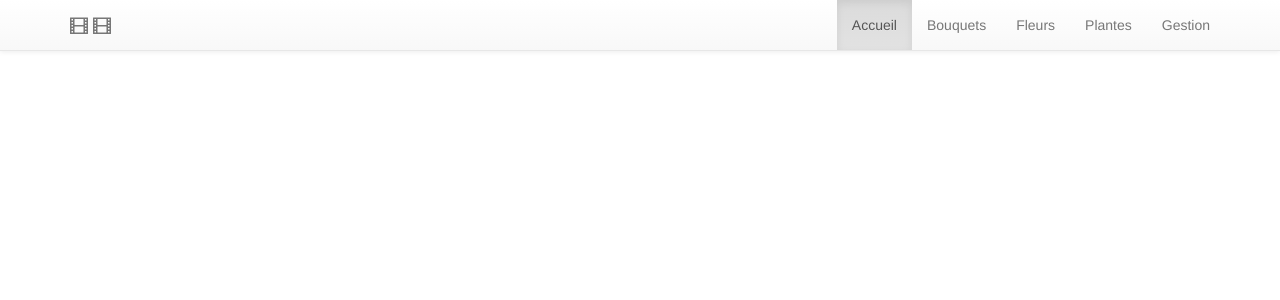
Repository: JeremT8/JavaFleuristeProject
Page: tp-fleuriste/src/main/webapp/index.html
An editor plug-in stored every save of this project. The page is shown before and after the next save, followed by the edit.
The browser window is 1280 px wide. The pictures show the whole page.
Some web libraries are served in a nearby version.

Above is the page before, as saved 2022-05-16 12:30:56.

After the next save:
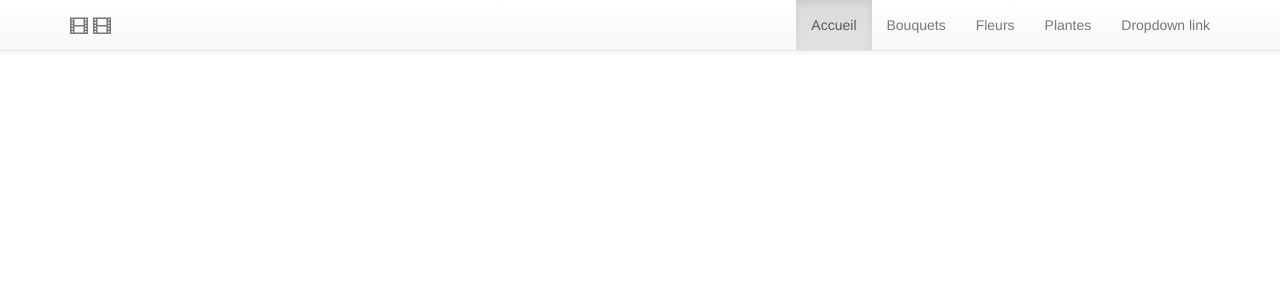
Saved 78 s later.
--- a/tp-fleuriste/src/main/webapp/index.html
+++ b/tp-fleuriste/src/main/webapp/index.html
@@ -33,15 +33,16 @@
 					<li><a href="films.html">Bouquets</a></li>
 					<li><a href="ajout.html">Fleurs</a></li>
 					<li><a href="styles.html">Plantes</a></li>
-					<li class="nav-item dropdown"><a
-						class="nav-link dropdown-toggle" href="#" id="navbarDropdown"
-						role="button" data-toggle="dropdown" aria-haspopup="true"
-						aria-expanded="false"> Gestion </a>
-						<div class="dropdown-menu" aria-labelledby="navbarDropdown">
-							<a class="dropdown-item" href="#">Ajout</a>
-							<div class="dropdown-divider"></div>
-							<a class="dropdown-item" href="#">Test</a>
-						</div></li>
+					<li class="nav-item dropdown">
+        <a class="nav-link dropdown-toggle" href="#" id="navbarDropdownMenuLink" data-toggle="dropdown" aria-haspopup="true" aria-expanded="false">
+          Dropdown link
+        </a>
+        <div class="dropdown-menu" aria-labelledby="navbarDropdownMenuLink">
+          <a class="dropdown-item" href="#">Action</a>
+          <a class="dropdown-item" href="#">Another action</a>
+          <a class="dropdown-item" href="#">Something else here</a>
+        </div>
+      </li>
 				</ul>
 			</div>
 		</div>

After the save that followed:
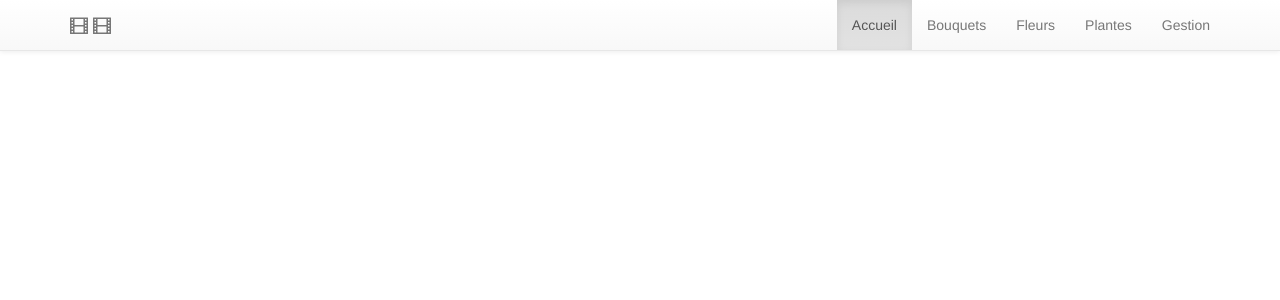
Saved 13 s later.
--- a/tp-fleuriste/src/main/webapp/index.html
+++ b/tp-fleuriste/src/main/webapp/index.html
@@ -33,16 +33,15 @@
 					<li><a href="films.html">Bouquets</a></li>
 					<li><a href="ajout.html">Fleurs</a></li>
 					<li><a href="styles.html">Plantes</a></li>
-					<li class="nav-item dropdown">
-        <a class="nav-link dropdown-toggle" href="#" id="navbarDropdownMenuLink" data-toggle="dropdown" aria-haspopup="true" aria-expanded="false">
-          Dropdown link
-        </a>
-        <div class="dropdown-menu" aria-labelledby="navbarDropdownMenuLink">
-          <a class="dropdown-item" href="#">Action</a>
-          <a class="dropdown-item" href="#">Another action</a>
-          <a class="dropdown-item" href="#">Something else here</a>
-        </div>
-      </li>
+					<li class="nav-item dropdown"><a
+						class="nav-link dropdown-toggle" href="#" id="navbarDropdown"
+						role="button" data-toggle="dropdown" aria-haspopup="true"
+						aria-expanded="false"> Gestion </a>
+						<div class="dropdown-menu" aria-labelledby="navbarDropdown">
+							<a class="dropdown-item" href="#">Ajout</a>
+							<div class="dropdown-divider"></div>
+							<a class="dropdown-item" href="#">Test</a>
+						</div></li>
 				</ul>
 			</div>
 		</div>
